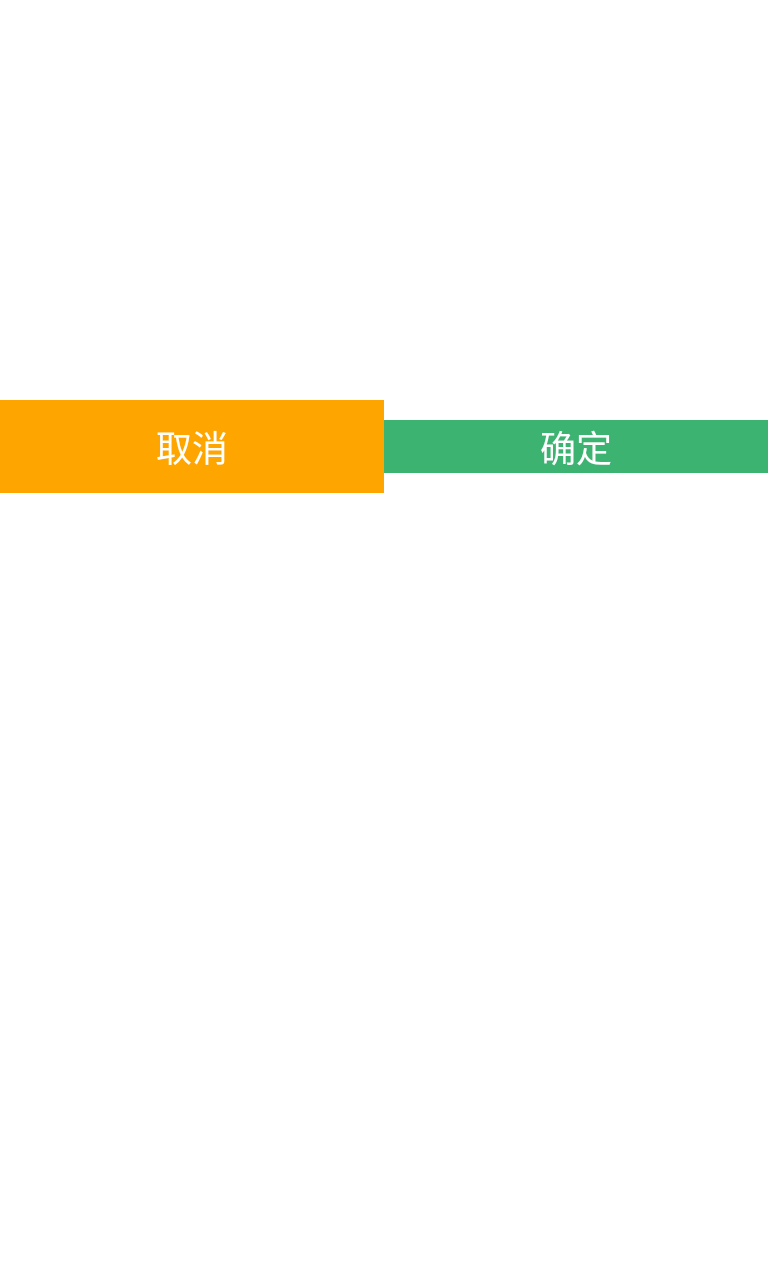
Repository: blanks1314/sysnc_android
Layout: UpayDemo/res/layout/dialog_error.xml
An editor plug-in stored every save of this project. The layout is shown before and after the next save, followed by the edit.
It is drawn on a 768 x 1280 px phone screen (xhdpi) without system bars, with theme AppTheme; the app's code is not run.

Above is the layout before, as saved 2015-05-04 07:06:11.

### UpayDemo/res/layout/dialog_error.xml
<?xml version="1.0" encoding="utf-8"?>
<LinearLayout xmlns:android="http://schemas.android.com/apk/res/android"
    android:layout_width="match_parent"
    android:layout_height="match_parent"
    android:orientation="vertical" >

    <TextView
        android:id="@+id/tvContent"
        android:layout_width="match_parent"
        android:layout_height="200dp" />

    <LinearLayout
        android:layout_width="match_parent"
        android:layout_height="56dp"
        android:orientation="horizontal" >

        <TextView
            android:id="@+id/tvCancel"
            android:layout_width="0dp"
            android:layout_height="wrap_content"
            android:layout_weight="1"
            android:gravity="center"
            android:text="取消"
            android:background="@color/btn_selecter_2"
            android:textColor="@color/white"
            android:textSize="18sp"
            android:paddingTop="10dp"
            android:paddingBottom="10dp"/>

        <TextView
            android:id="@+id/tvOk"
            android:layout_width="0dp"
            android:layout_height="wrap_content"
            android:layout_weight="1"
            android:gravity="center"
            android:text="确定"
            android:background="@color/btn_selecter_1"
            android:textColor="@color/white"
            android:textSize="18sp" />
    </LinearLayout>

</LinearLayout>

### UpayDemo/res/values/styles.xml
<resources xmlns:android="http://schemas.android.com/apk/res/android">

    <!--
        Base application theme, dependent on API level. This theme is replaced
        by AppBaseTheme from res/values-vXX/styles.xml on newer devices.













    -->
    <style name="AppBaseTheme" parent="Theme.AppCompat.Light">
        <!--
            Theme customizations available in newer API levels can go in
            res/values-vXX/styles.xml, while customizations related to
            backward-compatibility can go here.













        -->
    </style>

    <!-- Application theme. -->
    <!--
    <style name="AppTheme" parent="AppBaseTheme">
        All customizations that are NOT specific to a particular API-level can go here.
    </style>








    -->

    <style name="AppTheme" parent="Theme.AppCompat.Light">
        <item name="tabView">@style/TabView</item>
        <item name="tabPageIndicator">@style/TabIndicator</item>
    </style>

    <style name="TabIndicator" />

    <style name="TabView">
        <item name="android:addStatesFromChildren">true</item>
        <item name="android:orientation">vertical</item>
        <item name="android:gravity">bottom|center_horizontal</item>
        <item name="android:layout_width">0dp</item>
        <item name="android:background">@android:color/white</item>
        <item name="android:layout_height">match_parent</item>
    </style>

    <style name="text_style_1">
        <item name="android:textSize">16sp</item>
        <item name="android:layout_width">0dp</item>
        <item name="android:layout_weight">1</item>
        <item name="android:layout_height">fill_parent</item>
        <item name="android:gravity">center_vertical</item>
        <item name="android:ellipsize">marquee</item>
        <item name="android:singleLine">true</item>
    </style>

    <style name="edit_style_1">
        <item name="android:textSize">16sp</item>
        <item name="android:layout_width">0dp</item>
        <item name="android:layout_weight">1</item>
        <item name="android:layout_height">fill_parent</item>
        <item name="android:gravity">center_vertical</item>
    </style>

    <style name="spn_style_1">
        <item name="android:textSize">10sp</item>
        <item name="android:layout_width">wrap_content</item>
        <item name="android:layout_height">fill_parent</item>
    </style>

    <style name="linear_style_1">
        <item name="android:layout_width">match_parent</item>
        <item name="android:gravity">center_vertical</item>
        <item name="android:layout_height">40dp</item>
        <item name="android:orientation">horizontal</item>
        <item name="android:layout_marginLeft">5dp</item>
        <item name="android:layout_marginRight">5dp</item>
        <item name="android:layout_marginTop">10dp</item>
    </style>

    <style name="img_btn_1">
        <item name="android:layout_width">wrap_content</item>
        <item name="android:layout_height">wrap_content</item>
        <item name="android:padding">10dp</item>
    </style>

    <style name="btn_style_1">
        <item name="android:layout_width">200dp</item>
        <item name="android:layout_height">wrap_content</item>
        <item name="android:background">@drawable/btn_selecter</item>
        <item name="android:textColor">@color/white</item>
        <item name="android:layout_marginTop">10dp</item>
    </style>

    <style name="btn_style_2">
        <item name="android:layout_width">100dp</item>
        <item name="android:layout_height">wrap_content</item>
        <item name="android:background">@drawable/btn_selecter</item>
        <item name="android:textColor">@color/white</item>
        <item name="android:layout_marginTop">10dp</item>
    </style>

    <style name="loading_dialog" parent="android:style/Theme.Dialog">
        <item name="android:windowFrame">@null</item>
        <item name="android:windowNoTitle">true</item>
        <item name="android:windowIsFloating">true</item>
        <item name="android:windowContentOverlay">@null</item>
        <item name="android:windowBackground">@android:color/transparent</item>
        <item name="android:background">#00000000</item>
 <!-- 设置自定义布局的背景透明 -->
    </style>

    <style name="error_dialog" parent="@android:style/Theme.Dialog">

                　　        <item name="android:windowFrame">@null</item>

                　　        <item name="android:windowIsFloating">true</item>

                　　        <item name="android:windowIsTranslucent">false</item>

                　　        <item name="android:windowNoTitle">true</item>

                　　        <item name="android:background">@android:color/white</item>

                　　        <item name="android:windowBackground">@null</item>

                　　        <item name="android:backgroundDimEnabled">false</item>
        <item name="android:textColor">@android:color/black</item>
    </style>

</resources>

### UpayDemo/res/values/attrs.xml
<?xml version="1.0" encoding="utf-8"?>
<resources>
    <declare-styleable name="TabView">
        <attr name="tabPageIndicator" format="reference" />
        <attr name="tabView" format="reference" />
    </declare-styleable>

    <string-array name="currTypes">
        <item >RMB(156)</item>
    </string-array>
</resources>

### UpayDemo/res/values/color.xml
<?xml version="1.0" encoding="utf-8"?>
<resources>

    <color name="white">#FFFFFF</color>
    <color name="tab_text_normal">#696969</color>
    <color name="tab_text_selected">#73bf40</color>
    <color name="btn_selecter_1">#3CB371</color>
    <color name="btn_selecter_2">#FFA500</color>
    <color name="text_result">#F5FFFA</color>
    <color name="gray">#dcdcdc</color>

</resources>

Loaded but not shown: UpayDemo/res/values-v11/styles.xml (common file); UpayDemo/res/values-v14/styles.xml (common file); UpayDemo/res/values/values.xml (657 lines, source omitted)

After the next save:
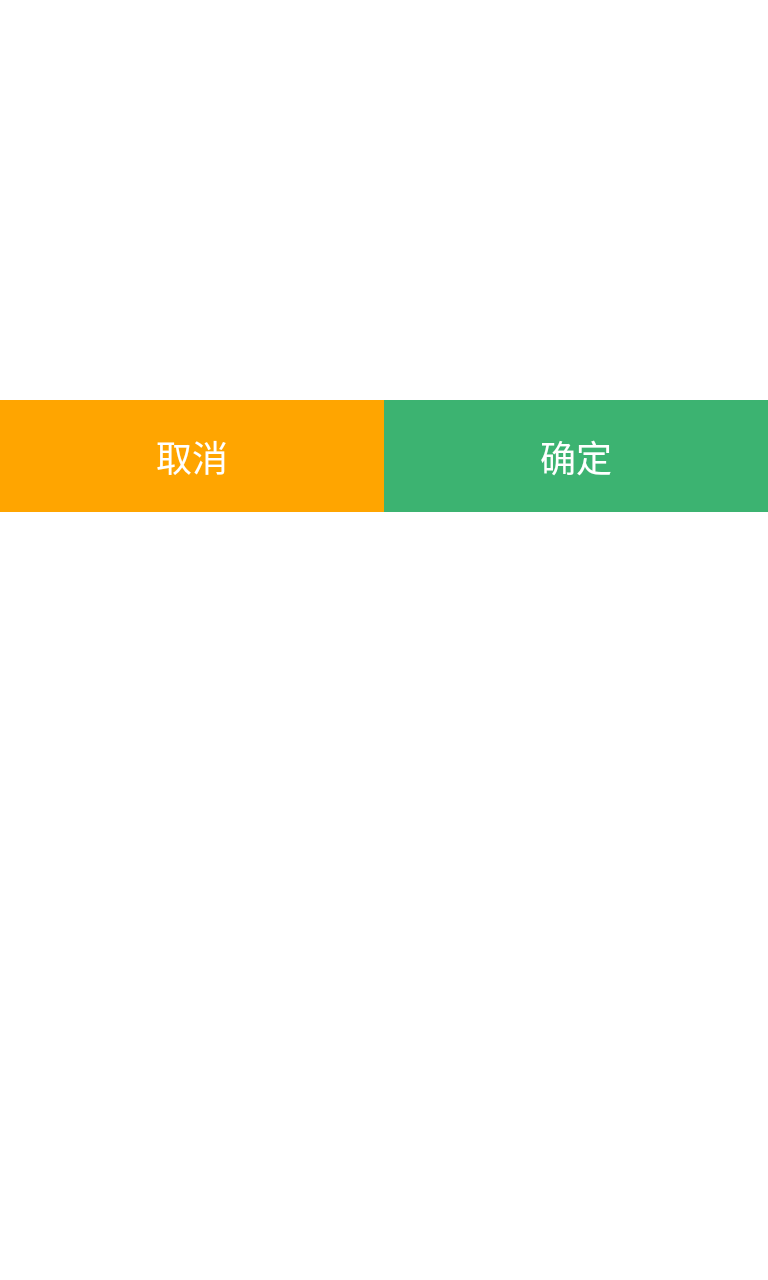
Saved 21 s later.
--- a/UpayDemo/res/layout/dialog_error.xml
+++ b/UpayDemo/res/layout/dialog_error.xml
@@ -19,22 +19,24 @@
             android:layout_width="0dp"
             android:layout_height="wrap_content"
             android:layout_weight="1"
+            android:background="@color/btn_selecter_2"
             android:gravity="center"
+            android:paddingBottom="15dp"
+            android:paddingTop="15dp"
             android:text="取消"
-            android:background="@color/btn_selecter_2"
             android:textColor="@color/white"
-            android:textSize="18sp"
-            android:paddingTop="10dp"
-            android:paddingBottom="10dp"/>
+            android:textSize="18sp" />
 
         <TextView
             android:id="@+id/tvOk"
             android:layout_width="0dp"
             android:layout_height="wrap_content"
             android:layout_weight="1"
+            android:background="@color/btn_selecter_1"
             android:gravity="center"
+            android:paddingBottom="15dp"
+            android:paddingTop="15dp"
             android:text="确定"
-            android:background="@color/btn_selecter_1"
             android:textColor="@color/white"
             android:textSize="18sp" />
     </LinearLayout>
